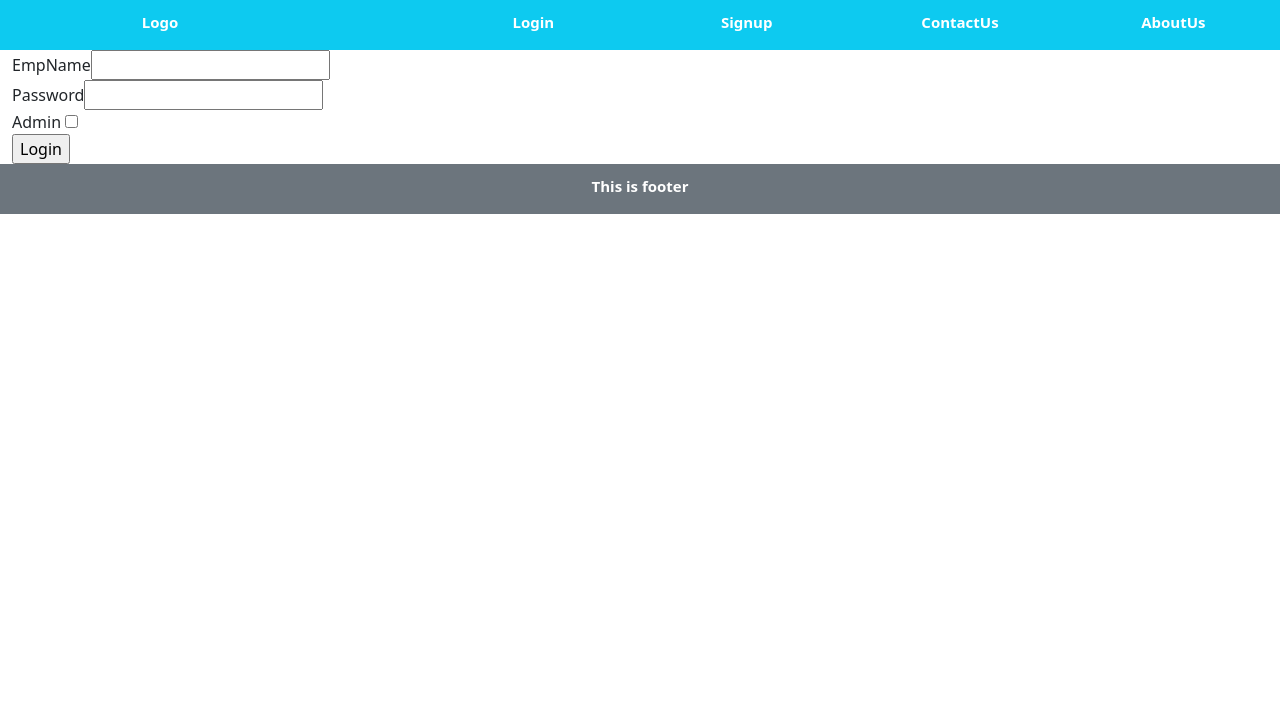
Repository: vishalsin888/J2EE-
Page: http://localhost/JSPE2E/
The author's editor kept a copy of each file at every save. The page is drawn from the files as they stood at one save, then again after the next save.
The browser window is 1280 px wide. The pictures show the whole page.
The page is served by Tomcat 9.

Above is the page before, as saved 2022-10-28 10:43:47.

### JSPE2E/src/main/webapp/index.jsp
<%@ page language="java" contentType="text/html; charset=ISO-8859-1"
    pageEncoding="ISO-8859-1"%>
<!DOCTYPE html>
<html>
<head>
<meta charset="ISO-8859-1">
<title>Insert title here</title>
</head>
<body>
<jsp:include page="header.jsp"></jsp:include>
 <div class="container-fluid">
    <form action="login" method="get">
		<div>
			<span>EmpName</span><input type="text" name="empName">
		</div>
		<div>
			<span>Password</span><input type="password" name="password">
		</div>
		<div>
			<span>Admin </span>
			<input type="checkbox" value="Admin" name="role">
		</div>
		<div>
			<input type="submit" value="Login">
		</div>
	</form>
</div>
<jsp:include page="footer.jsp"></jsp:include>
</body>
</html>

### JSPE2E/src/main/webapp/header.jsp
<!DOCTYPE html>
<html lang="en">

<head>
    <meta charset="UTF-8">
    <meta http-equiv="X-UA-Compatible" content="IE=edge">
    <meta name="viewport" content="width=device-width, initial-scale=1.0">
    <title>Document</title>
    <link href="https://cdn.jsdelivr.net/npm/bootstrap@5.2.2/dist/css/bootstrap.min.css" rel="stylesheet">
    <style>
        .my-lineheight{
            line-height: 3;
            color: white;
            font-size: 15px;
            font-weight: 700;
        }
    </style>
</head>

<body>
    <div class="container-fluid bg-info" style="position: sticky;top: 0px;">
        <div class="row" style="height:50px;">
            <div class="col-3 text-center my-lineheight">Logo</div>
            <div class="col-1"></div>
            <div class="col-2 text-center my-lineheight">Login</div>
            <div class="col-2 text-center my-lineheight">Signup</div>
            <div class="col-2 text-center my-lineheight">ContactUs</div>
            <div class="col-2 text-center my-lineheight">AboutUs</div>
        </div>
    </div>
    <script src="https://cdn.jsdelivr.net/npm/bootstrap@5.2.2/dist/js/bootstrap.bundle.min.js"></script>
</body>

</html>

### JSPE2E/src/main/webapp/footer.jsp
<%@ page language="java" contentType="text/html; charset=ISO-8859-1"
    pageEncoding="ISO-8859-1"%>
<!DOCTYPE html>
<html>
<head>
<meta charset="ISO-8859-1">
<title>Insert title here</title>
</head>
<body>
 <div class="container-fluid bg-secondary">
    <div class="row" style="height:50px">
        <div class="col-12 text-center my-lineheight">This is footer</div>
    </div>
 </div>
</body>
</html>

After the next save:
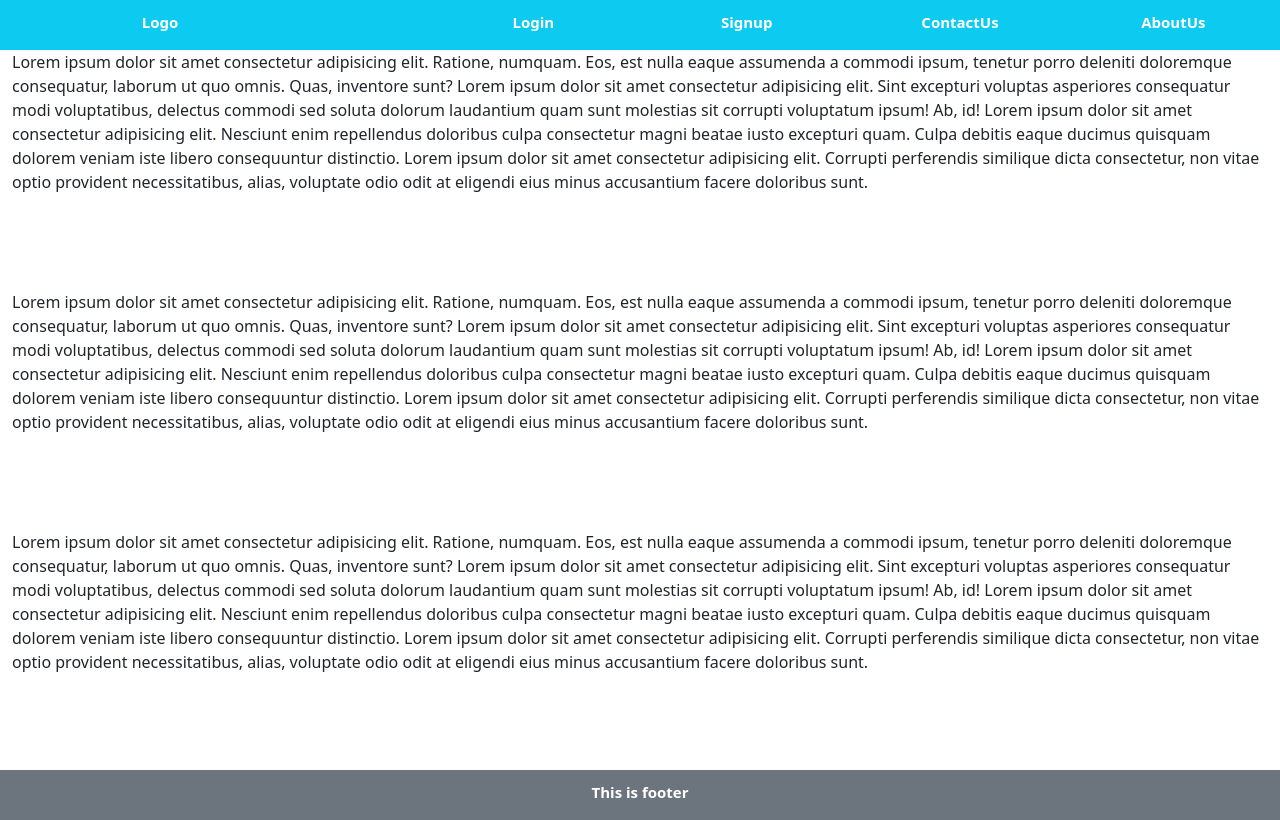
Saved 2 min 58 s later.
--- a/JSPE2E/src/main/webapp/index.jsp
+++ b/JSPE2E/src/main/webapp/index.jsp
@@ -8,23 +8,49 @@
 </head>
 <body>
 <jsp:include page="header.jsp"></jsp:include>
- <div class="container-fluid">
-    <form action="login" method="get">
-		<div>
-			<span>EmpName</span><input type="text" name="empName">
-		</div>
-		<div>
-			<span>Password</span><input type="password" name="password">
-		</div>
-		<div>
-			<span>Admin </span>
-			<input type="checkbox" value="Admin" name="role">
-		</div>
-		<div>
-			<input type="submit" value="Login">
-		</div>
-	</form>
-</div>
+  <div class="container-fluid">
+        <div class="row" style="height:100vh;">
+            <p>Lorem ipsum dolor sit amet consectetur adipisicing elit. Ratione, numquam. Eos, est nulla eaque assumenda
+                a commodi ipsum, tenetur porro deleniti doloremque consequatur, laborum ut quo omnis. Quas, inventore
+                sunt?
+                Lorem ipsum dolor sit amet consectetur adipisicing elit. Sint excepturi voluptas asperiores consequatur
+                modi voluptatibus, delectus commodi sed soluta dolorum laudantium quam sunt molestias sit corrupti
+                voluptatum ipsum! Ab, id!
+                Lorem ipsum dolor sit amet consectetur adipisicing elit. Nesciunt enim repellendus doloribus culpa
+                consectetur magni beatae iusto excepturi quam. Culpa debitis eaque ducimus quisquam dolorem veniam iste
+                libero consequuntur distinctio.
+                Lorem ipsum dolor sit amet consectetur adipisicing elit. Corrupti perferendis similique dicta
+                consectetur, non vitae optio provident necessitatibus, alias, voluptate odio odit at eligendi eius minus
+                accusantium facere doloribus sunt.
+            </p>
+            <p>Lorem ipsum dolor sit amet consectetur adipisicing elit. Ratione, numquam. Eos, est nulla eaque assumenda
+                a commodi ipsum, tenetur porro deleniti doloremque consequatur, laborum ut quo omnis. Quas, inventore
+                sunt?
+                Lorem ipsum dolor sit amet consectetur adipisicing elit. Sint excepturi voluptas asperiores consequatur
+                modi voluptatibus, delectus commodi sed soluta dolorum laudantium quam sunt molestias sit corrupti
+                voluptatum ipsum! Ab, id!
+                Lorem ipsum dolor sit amet consectetur adipisicing elit. Nesciunt enim repellendus doloribus culpa
+                consectetur magni beatae iusto excepturi quam. Culpa debitis eaque ducimus quisquam dolorem veniam iste
+                libero consequuntur distinctio.
+                Lorem ipsum dolor sit amet consectetur adipisicing elit. Corrupti perferendis similique dicta
+                consectetur, non vitae optio provident necessitatibus, alias, voluptate odio odit at eligendi eius minus
+                accusantium facere doloribus sunt.
+            </p>
+            <p>Lorem ipsum dolor sit amet consectetur adipisicing elit. Ratione, numquam. Eos, est nulla eaque assumenda
+                a commodi ipsum, tenetur porro deleniti doloremque consequatur, laborum ut quo omnis. Quas, inventore
+                sunt?
+                Lorem ipsum dolor sit amet consectetur adipisicing elit. Sint excepturi voluptas asperiores consequatur
+                modi voluptatibus, delectus commodi sed soluta dolorum laudantium quam sunt molestias sit corrupti
+                voluptatum ipsum! Ab, id!
+                Lorem ipsum dolor sit amet consectetur adipisicing elit. Nesciunt enim repellendus doloribus culpa
+                consectetur magni beatae iusto excepturi quam. Culpa debitis eaque ducimus quisquam dolorem veniam iste
+                libero consequuntur distinctio.
+                Lorem ipsum dolor sit amet consectetur adipisicing elit. Corrupti perferendis similique dicta
+                consectetur, non vitae optio provident necessitatibus, alias, voluptate odio odit at eligendi eius minus
+                accusantium facere doloribus sunt.
+            </p>
+        </div>
+    </div>
 <jsp:include page="footer.jsp"></jsp:include>
 </body>
 </html>
